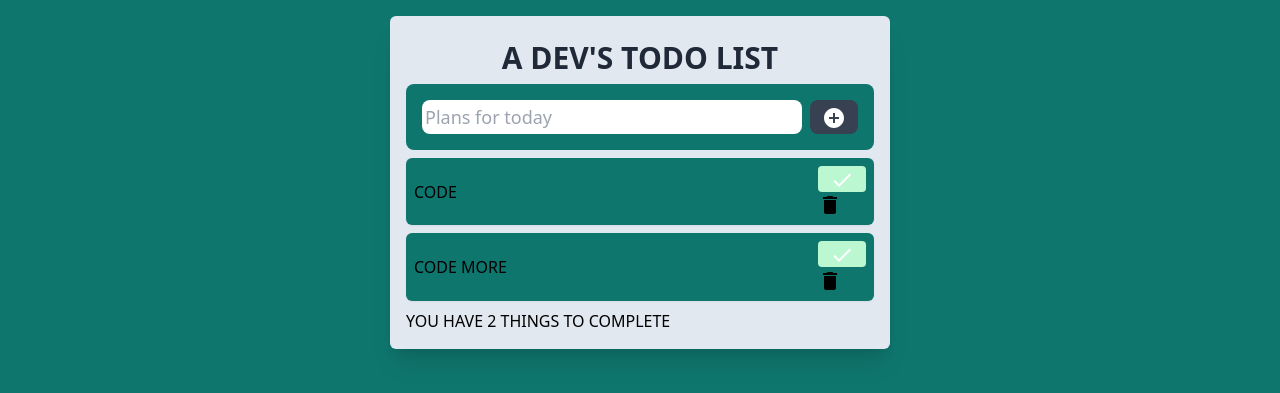
Repository: DevAntonioRogers/React-Todo-CRUD-App
Page: /
These files come from the project's save history. The page is drawn as it stood at one moment and after the next save; the edit follows.
The browser window is 1280 px wide. The pictures show the whole page.
The project was rebuilt for these pictures with package versions that can differ from the ones it lists, and the page was loaded fresh each time. Also part of the build but not shown: vite.config.ts.

Above is the page before, as saved 2023-05-14 19:58:29.

### src/App.tsx
import Form from "./components/Form";

import { useState } from "react";
import Todo from "./components/Todo";

const App = () => {
  const [todo, setTodo] = useState(["code", "code more"]);

  return (
    <div className="h-screen w-screen p-4 bg-teal-700">
      <div className="bg-slate-200 max-w-[500px] w-full m-auto rounded-md shadow-xl p-4">
        <h1 className="text-3xl font-bold text-center text-gray-800 p-2">A DEV'S TODO LIST</h1>
        <Form />
        <ul>
          {todo.map((todos, index) => (
            <Todo key={index} todos={todos} />
          ))}
        </ul>
        <p>YOU HAVE 2 THINGS TO COMPLETE</p>
      </div>
    </div>
  );
};

export default App;

### src/components/Form.tsx
import AddCircleIcon from "@mui/icons-material/AddCircle";

const Form = () => {
  return (
    <form className="flex justify-between bg-teal-700 p-4 rounded-lg items-center">
      <input className="w-full text-lg rounded-lg p-[3px]" type="text" placeholder="Plans for today" />
      <button className="ml-2 p-1 bg-gray-700 px-3 rounded-lg text-white">
        <AddCircleIcon />
      </button>
    </form>
  );
};

export default Form;

### src/components/Todo.tsx
import CheckIcon from "@mui/icons-material/Check";
import DeleteIcon from "@mui/icons-material/Delete";

interface TodoProps {
  todos: string;
}

const Todo = ({ todos }: TodoProps) => {
  return (
    <li className="p-2 bg-teal-700 my-2 rounded-md uppercase shadow-sm">
      <div className="flex items-center justify-between">
        <p>{todos}</p>
        <div>
          <button className="bg-green-200 w-full rounded text-white">
            <CheckIcon />
          </button>
          <button>
            <DeleteIcon />
          </button>
        </div>
      </div>
    </li>
  );
};

export default Todo;

Loaded but not shown: index.html (common file); src/main.tsx (common file); src/index.css (common file); tailwind.config.js (common file)

After the next save:
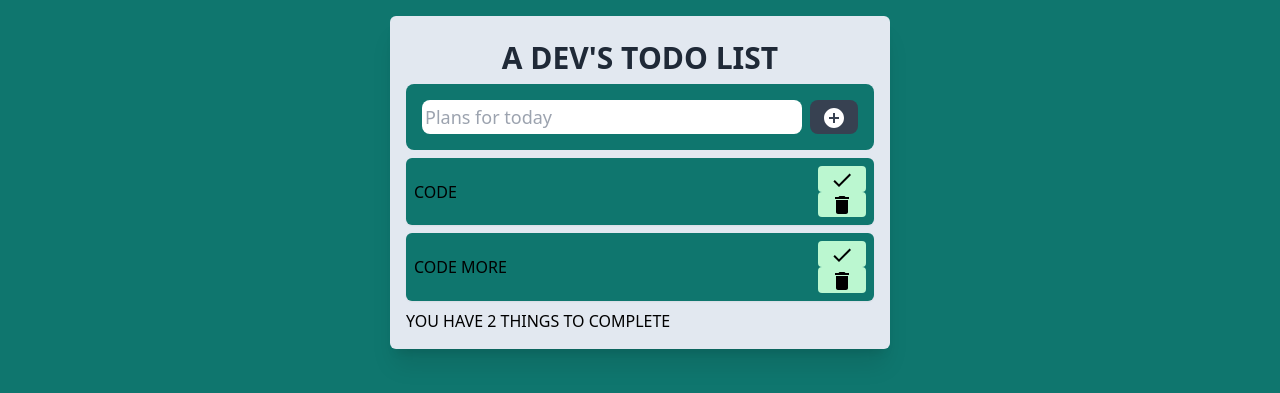
Saved 27 s later.
--- a/src/components/Todo.tsx
+++ b/src/components/Todo.tsx
@@ -11,10 +11,10 @@ const Todo = ({ todos }: TodoProps) => {
       <div className="flex items-center justify-between">
         <p>{todos}</p>
         <div>
-          <button className="bg-green-200 w-full rounded text-white">
+          <button className="bg-green-200 w-full rounded">
             <CheckIcon />
           </button>
-          <button>
+          <button className="bg-green-200 w-full rounded">
             <DeleteIcon />
           </button>
         </div>
